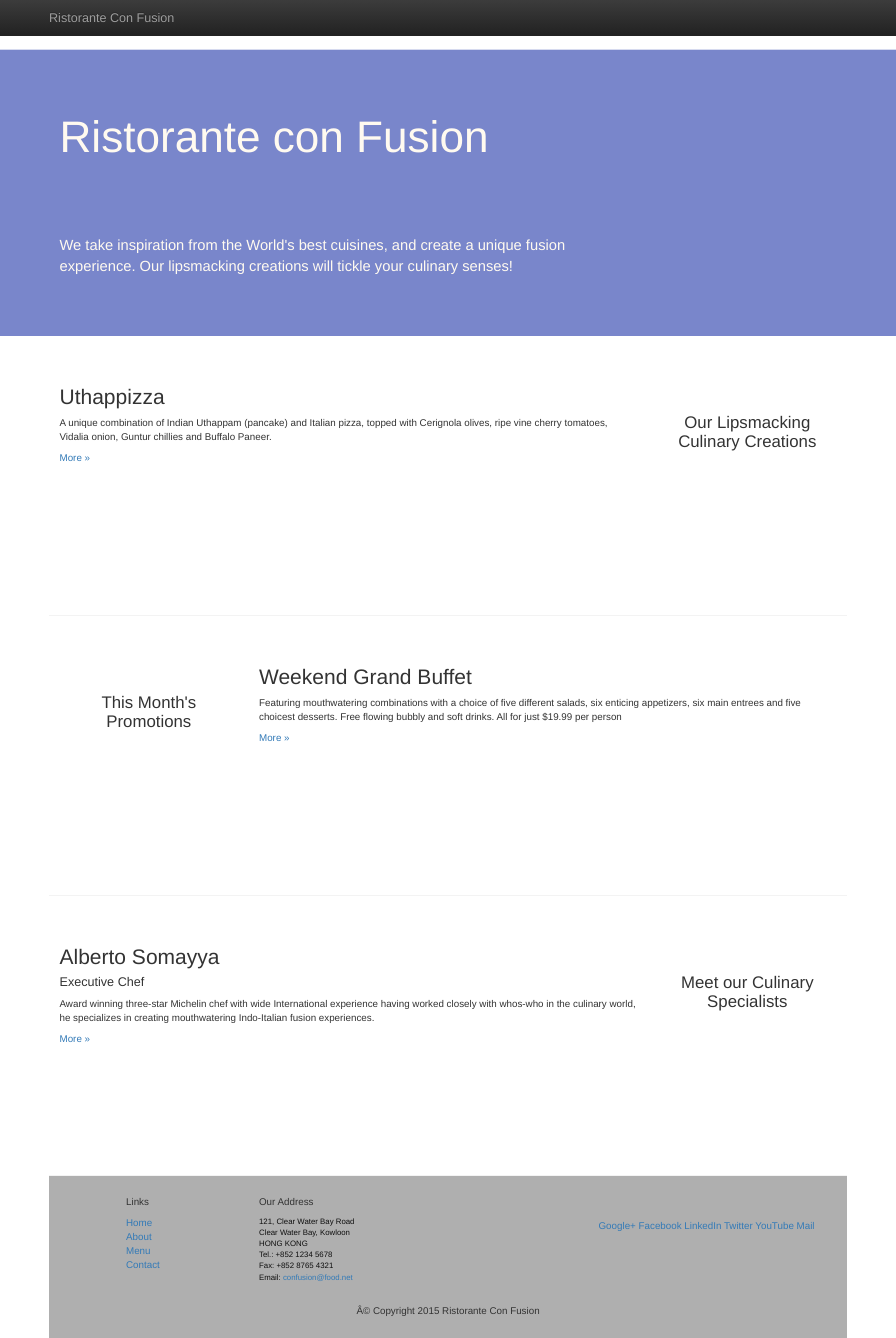
Repository: tagus24/Coursera
Page: Coursera/FullStackDeveloper/conFusion/src/main/webapp/index.html
An editor plug-in stored every save of this project. The page is shown before and after the next save, followed by the edit.
The browser window is 1280 px wide. The pictures show the whole page, at 70% of full size.
Some web libraries are served in a nearby version.

Above is the page before, as saved 2016-02-06 14:00:19.

After the next save:
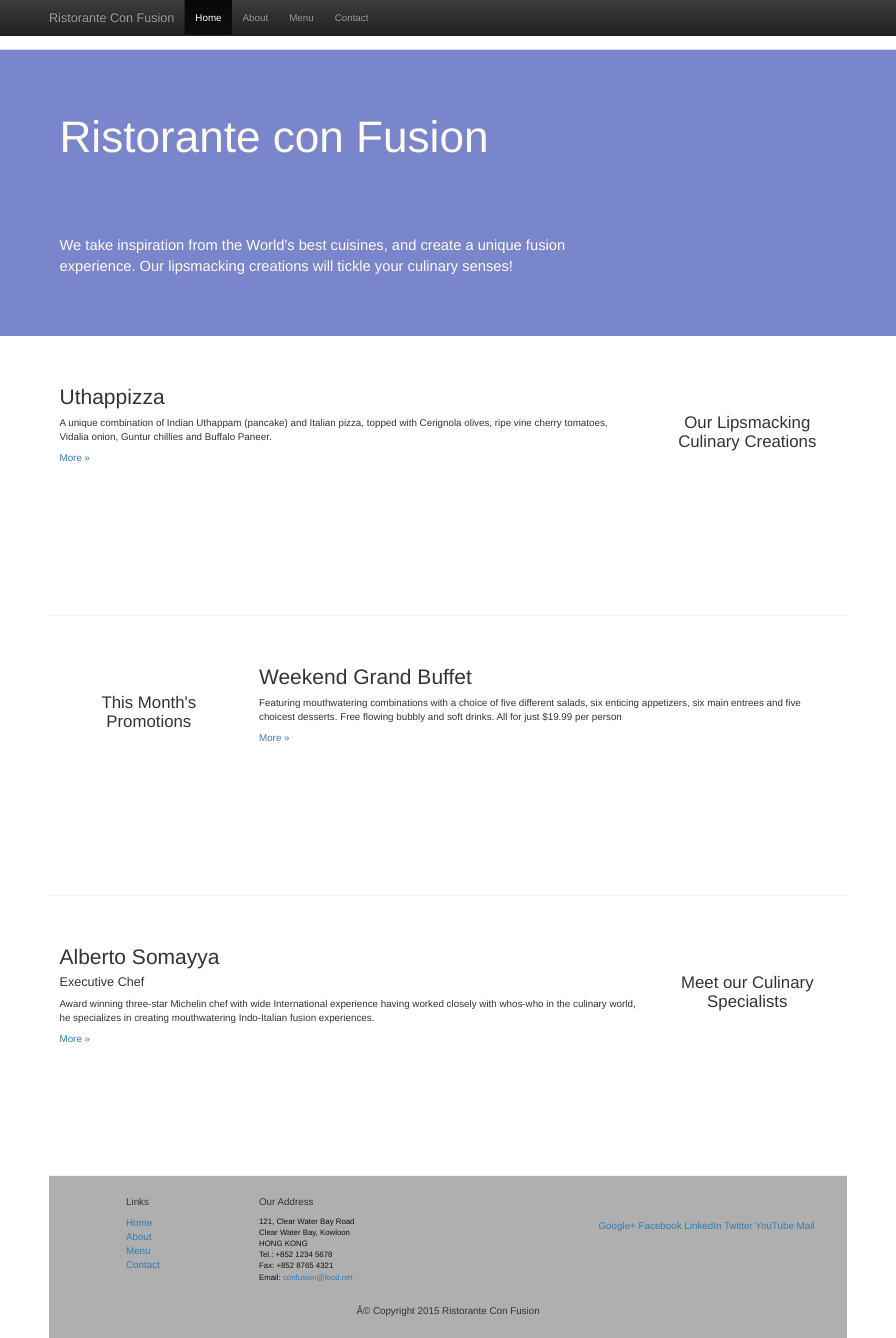
Saved 2 min 4 s later.
--- a/Coursera/FullStackDeveloper/conFusion/src/main/webapp/index.html
+++ b/Coursera/FullStackDeveloper/conFusion/src/main/webapp/index.html
@@ -28,7 +28,7 @@
 
 	<nav class="navbar navbar-inverse navbar-static-top" role="navigation">
           <div class="container">
-             <div class="navbar-header">
+          <div class="navbar-header">
                     <button type="button" class="navbar-toggle collapsed" data-toggle="collapse" data-target="#navbar" aria-expanded="false" aria-controls="navbar">
                         <span class="sr-only">Toggle navigation</span>
                         <span class="icon-bar"></span>
@@ -37,6 +37,14 @@
                     </button>
                     <a class="navbar-brand" href="#">Ristorante Con Fusion</a>
                 </div>
+                  <div id="navbar" class="navbar-collapse collapse">
+	              <ul class="nav navbar-nav">
+	                  <li class="active"><a href="#">Home</a></li>
+	                  <li><a href="#">About</a></li>
+	                  <li><a href="#">Menu</a></li>
+	                  <li><a href="#">Contact</a></li>
+	              </ul>
+               </div>
           </div>
       </nav>
 
